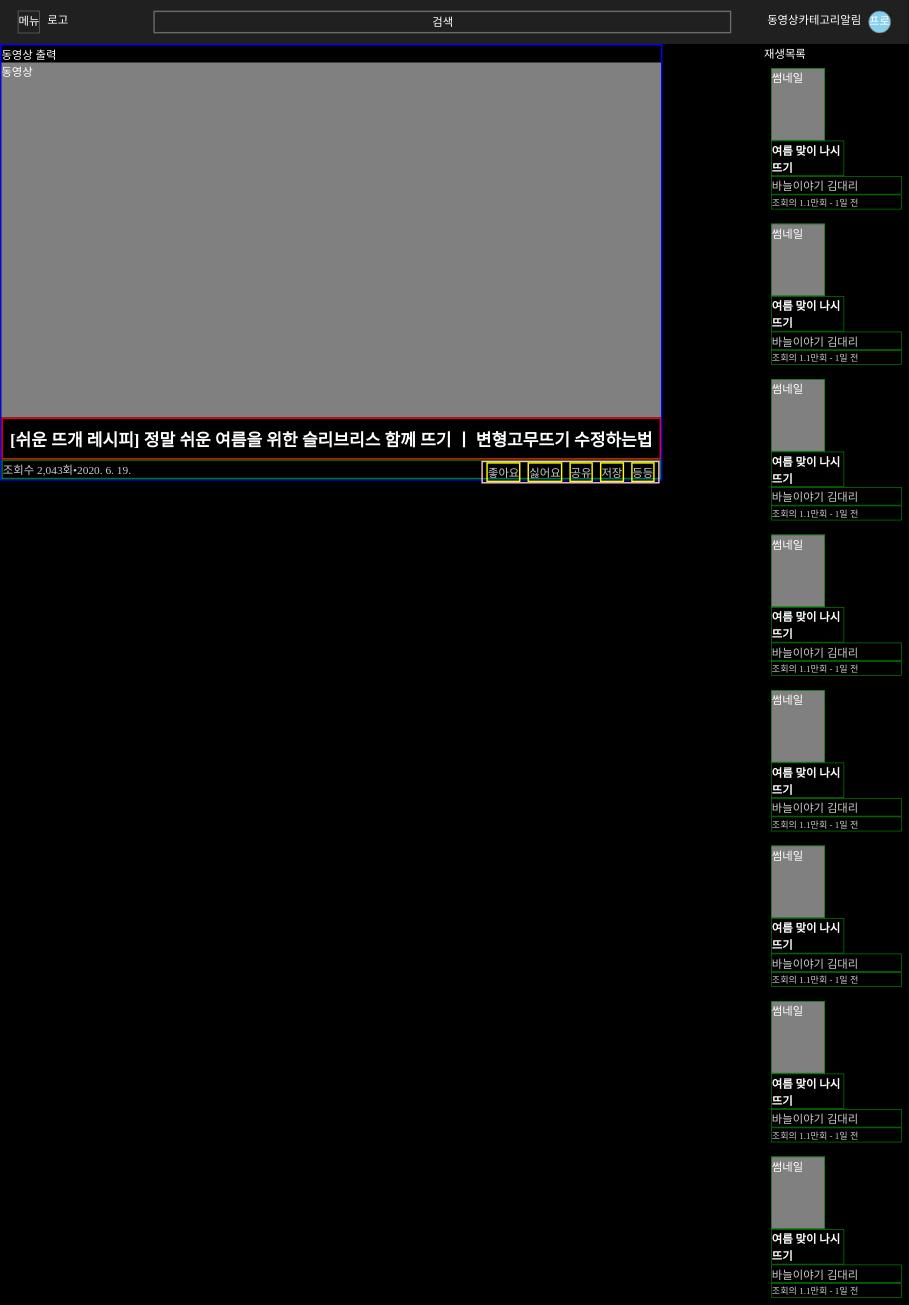
Repository: roseline0912/LikeLion
Page: YouTube_Clone/youtube.html
The author's editor kept a record of every edit. The page is drawn from the files as they stood at one moment, then again after the next edit.
The browser window is 1280 px wide. The pictures show the whole page, at 71% of full size.

Above is the page before.

### YouTube_Clone/youtube.html
<!DOCTYPE html>
<html lang="en">
<head>
    <meta charset="UTF-8">
    <meta name="viewport" content="width=device-width, initial-scale=1.0">
    <meta http-equiv="X-UA-Compatible" content="ie=edge">
    <link rel="stylesheet" href="youtube.css" type="text/css" />
    <title>My YouTube</title>
</head>
<body>
    <nav class="nav-global">
        <div class="nav-item">메뉴</div>
        <div class="nav-logo">로고</div>
        <div class="nav-search">검색</div>
        <div class="nav-video">동영상</div>
        <div class="nav-category">카테고리</div>
        <div class="nav-alarm">알림</div>
        <div class="nav-profile nav-item">프로필</div>
    </nav>

    <div class="container">
    <section class="left-section">동영상 출력
    <div class="video-area">동영상</div>
    <div class="video-title">[쉬운 뜨개 레시피] 정말 쉬운 여름을 위한 슬리브리스 함께 뜨기 ㅣ 변형고무뜨기 수정하는법</div>
    <div class="video-info">
        <div class="video-viewcount">조회수 2,043회•2020. 6. 19.</div>
        <div class="video-info_btn_container">
            <div class="btn-like">좋아요</div>
            <div class="btn-hate">싫어요</div>
            <div class="btn-share">공유</div>
            <div class="btn-save">저장</div>
            <div class="btn-etc">등등</div>
        </div>
    </div>
    </section>

    <section class="right-section">재생목록
    <div class="list-item">
        <div class="list-thumbnail">썸네일</div>
        <div class="list-title">여름 맞이 나시뜨기</div>
        <div class="list-author">바늘이야기 김대리</div>
        <div class="list-info">조회의 1.1만회 - 1일 전</div>
    </div>
    <div class="list-item">
        <div class="list-thumbnail">썸네일</div>
        <div class="list-title">여름 맞이 나시뜨기</div>
        <div class="list-author">바늘이야기 김대리</div>
        <div class="list-info">조회의 1.1만회 - 1일 전</div>
    </div>
    <div class="list-item">
        <div class="list-thumbnail">썸네일</div>
        <div class="list-title">여름 맞이 나시뜨기</div>
        <div class="list-author">바늘이야기 김대리</div>
        <div class="list-info">조회의 1.1만회 - 1일 전</div>
    </div>
    <div class="list-item">
        <div class="list-thumbnail">썸네일</div>
        <div class="list-title">여름 맞이 나시뜨기</div>
        <div class="list-author">바늘이야기 김대리</div>
        <div class="list-info">조회의 1.1만회 - 1일 전</div>
    </div>
    <div class="list-item">
        <div class="list-thumbnail">썸네일</div>
        <div class="list-title">여름 맞이 나시뜨기</div>
        <div class="list-author">바늘이야기 김대리</div>
        <div class="list-info">조회의 1.1만회 - 1일 전</div>
    </div>
    <div class="list-item">
        <div class="list-thumbnail">썸네일</div>
        <div class="list-title">여름 맞이 나시뜨기</div>
        <div class="list-author">바늘이야기 김대리</div>
        <div class="list-info">조회의 1.1만회 - 1일 전</div>
    </div>
    <div class="list-item">
        <div class="list-thumbnail">썸네일</div>
        <div class="list-title">여름 맞이 나시뜨기</div>
        <div class="list-author">바늘이야기 김대리</div>
        <div class="list-info">조회의 1.1만회 - 1일 전</div>
    </div>
    <div class="list-item">
        <div class="list-thumbnail">썸네일</div>
        <div class="list-title">여름 맞이 나시뜨기</div>
        <div class="list-author">바늘이야기 김대리</div>
        <div class="list-info">조회의 1.1만회 - 1일 전</div>
    </div>
    </section>
    </div>
</body>
</html>

### YouTube_Clone/youtube.css
body{
    background-color:black;
    color:white;
    margin:0;
}

.nav-global{
    display:flex;
    background-color:#202020;
    padding:15px;
}

.nav-search{
    flex:1;   /*다른 태그들이 차지하는 공간을 제외하고 모든 공간을 차지함.*/
    border:2px solid dimgray;
    margin: 0 50px;
    text-align:center;
}

.nav-item, nav-logo{
    border:1px solid dimgray;
}

.nav-item{
    margin:0 10px;
}

.nav-logo{
    width:100px;
}

.nav-profile{
    width:30px;
    height:30px;
    border-radius:50%; /*일반적으로 원을 만들때는 정사각형을 만들고 radius 50%를 사용합니다.*/
    background-color:skyblue;
    overflow:hidden; /*얘는 우리가 정해놓은 사이즈를 내부 내용이 넘어가면 숨기겠다라는 속성입니다. 이 외에도 scroll도있습니다*/
}

.container .left-section{
    border: 2px solid blue;
    display: inline-block;
    /*width: 28%;*/
    min-height:600px;
    flex:6;
}

.container .right-section{
    float: right;
    flex:4;
}

.video-area{
    height:500px;
    background-color:grey;
}

.video-title{
    border:2px solid red;
    padding:10px;
    font-weight:bold;
    font-size:1.5rem;
}

.video-info{
    border:2px solid green;
    color:#ccc;     /* viedo_info클래스 밑에 있는 클래스들은 모두 글자색이 회색이므로
                    상위 클래스에 속성을 부여해 하위 클래스까지 영향을 주도록했습니다.*/

    display: flex;   /*이렇게 작성을 해주면 하위 div가 block이지만 우리들 마음대로 다루기 편해집니다.*/

    position: relative; /*기준점이 videoinfo박스(초록색박스)가 되므로 relative설정을 해줍니다.*/
}

.view-viewcount{
    border:2px solid yellow;
}

.video-info_btn_container{
    border: 2px solid pink;
    display: flex;

    position: absolute; /*btn container를 info box기준으로 오른쪽에 위치시키기위해 absolute속성을 이용했습니다.*/
    right:0;
    top:0;


}

.video-info_btn_container div{
    margin:0 5px;
    border:2px solid yellow;
}

.list-item div {
    border:green 1px solid;  /*임시 border를 만들어서 보기편하게 해줍니다.*/
}
.list-item{
    padding:10px;         /*listing되는 item들은 안쪽으로 여백이 있으니 padding값을 줍니다.*/
}
.list-thumbnail{
    height:100px;        /*사진의 높이는 100px정도로 잡고*/
    width: 40%;          /*넓이를 right_section기준 40%로 잡아줍니다.(반응형을 위해)*/
    background-color: grey; /*grey 배경색을 깔아주고*/
    float: left;            /*위에서 사용했던 float속성을 이용해서 썸네일이 왼쪽에 둥 떠있게 해줍니다.*/
    display: inline-block;  /*그리고 한줄에 여러개의 요소가 들어오므로 inline-block*/
    margin-right: 10px;     /*썸네일과 오른쪽 정보간의 간격 10px만큼줬습니다.*/
}
.list-title{
    font-weight: bold;    /*제목은 두껍게 처리를 해주었습니다.*/
    width:55%;            /*그리고 썸네일이 쓰고 남은 section기준 width 60%중에서 여유롭게 55%만 차지하도록 해줍니다.*/
    display: inline-block;  /*썸에일 오른쪽에 제목이 위치해야 하므로 inline-block*/

}
.list-author{
    color:#ccc;      /*작성자의 색깔은 회색입니다.*/
}
.list-info{
    font-size:0.8rem;   /*조회수 및 게시일은 작성자보다 조금 작은 0.8배로 크기를 지정했습니다.*/
    color:#ccc;
}

After the next edit:
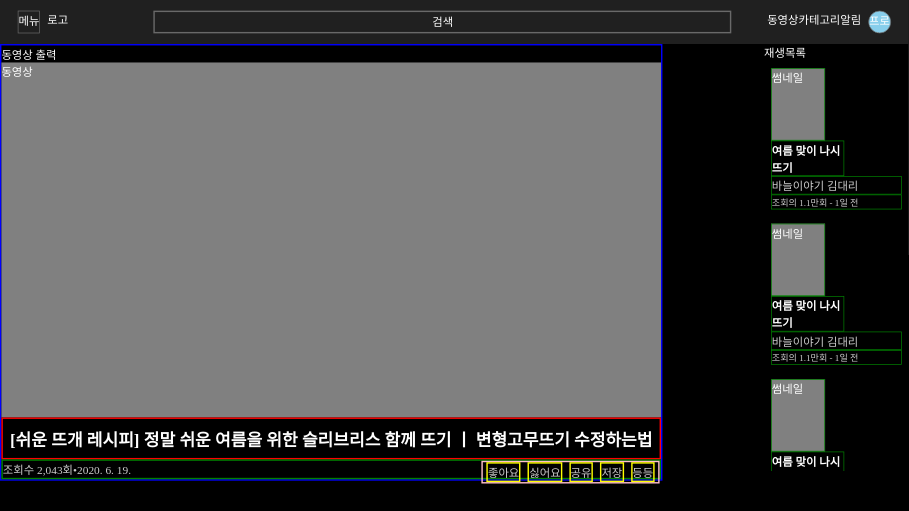
The edit:
--- a/YouTube_Clone/youtube.css
+++ b/YouTube_Clone/youtube.css
@@ -48,6 +48,9 @@
 .container .right-section{
     float: right;
     flex:4;
+
+    height:600px;
+    overflow-y: scroll;
 }
 
 .video-area{
